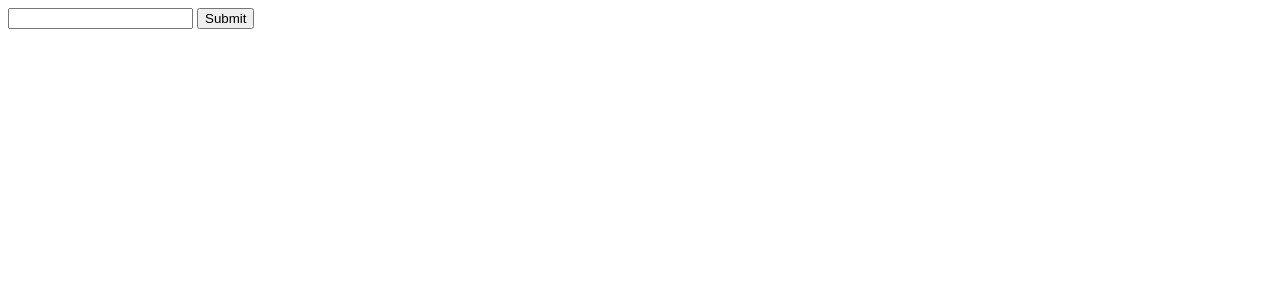
Repository: Dazing/MedImager
Page: server/ExaminationServer/ExaminationServer/src/main/webapp/index.html
An editor plug-in stored every save of this project. The page is shown before and after the next save, followed by the edit.
The browser window is 1280 px wide. The pictures show the whole page.
Some web libraries are served in a nearby version.

Above is the page before, as saved 2017-02-24 00:08:23.

After the next save:
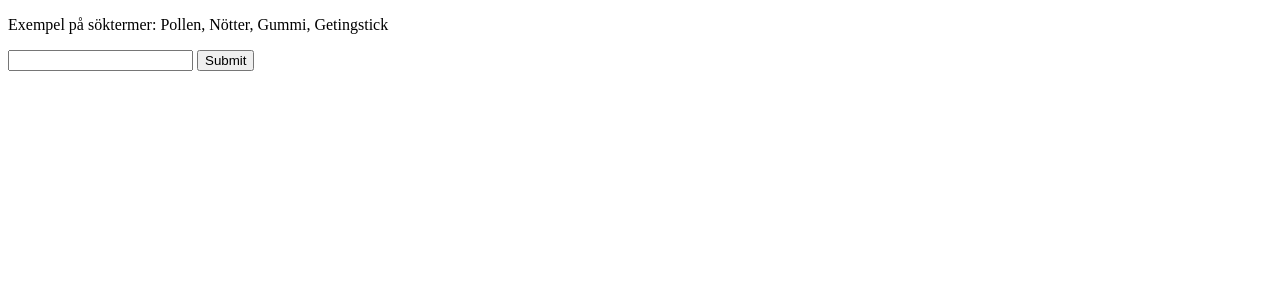
Saved 110 s later.
--- a/server/ExaminationServer/ExaminationServer/src/main/webapp/index.html
+++ b/server/ExaminationServer/ExaminationServer/src/main/webapp/index.html
@@ -19,6 +19,8 @@
 
 </script>
 </head>
+<body>
+<p> Exempel på söktermer: Pollen, Nötter, Gummi, Getingstick</p>
 <input type=text id="searchTerm">
 <input type="submit" onclick="resultJSON();">
 <div id="imgContainer">
